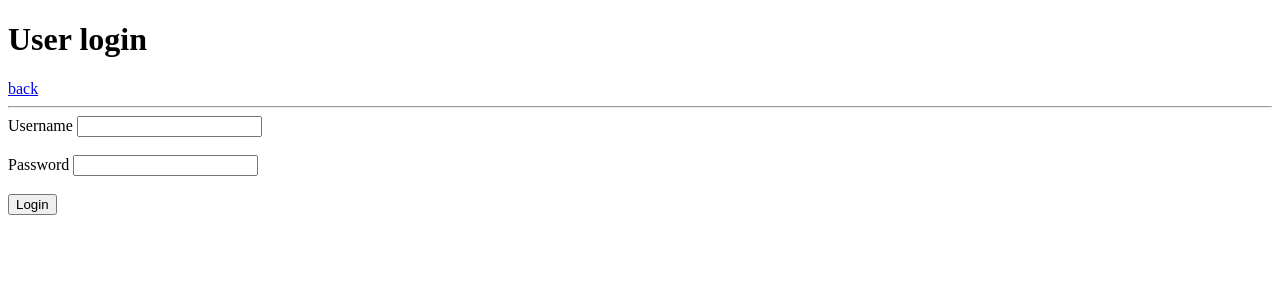
Repository: aayush105/Advance-Java
Page: http://localhost/webtestdem/login.jsp
The author's editor kept a copy of each file at every save. The page is drawn from the files as they stood at one save, then again after the next save.
The browser window is 1280 px wide. The pictures show the whole page.
The page is served by Tomcat 10. Other server files are loaded and not shown.

Above is the page before, as saved 2023-07-19 11:24:26.

### webtestdem/src/main/webapp/login.jsp
<%@ page language="java" contentType="text/html; charset=UTF-8"
    pageEncoding="UTF-8"%>
<!DOCTYPE html>
<html>
<head>
<meta charset="UTF-8">
<title>Login</title>
</head>
<body>

<h1>User login</h1>
<a href="index.jsp">back</a>
<hr>
<form action="LoginServlet" method="POST">
	Username <input type="text" name="username"> <br><br>
	Password <input type="password" name="password"> <br><br>

		<input type="submit" value="Login">

</form>
</body>
</html>

After the next save:
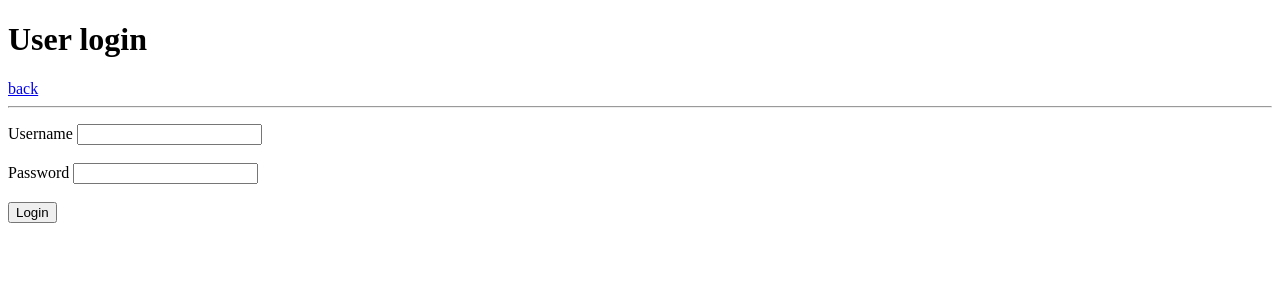
Saved 2 min 48 s later.
--- a/webtestdem/src/main/webapp/login.jsp
+++ b/webtestdem/src/main/webapp/login.jsp
@@ -12,6 +12,8 @@
 <a href="index.jsp">back</a>
 <hr>
 <form action="LoginServlet" method="POST">
+
+	<p>${error}</p>
 	Username <input type="text" name="username"> <br><br>
 	Password <input type="password" name="password"> <br><br>
 
